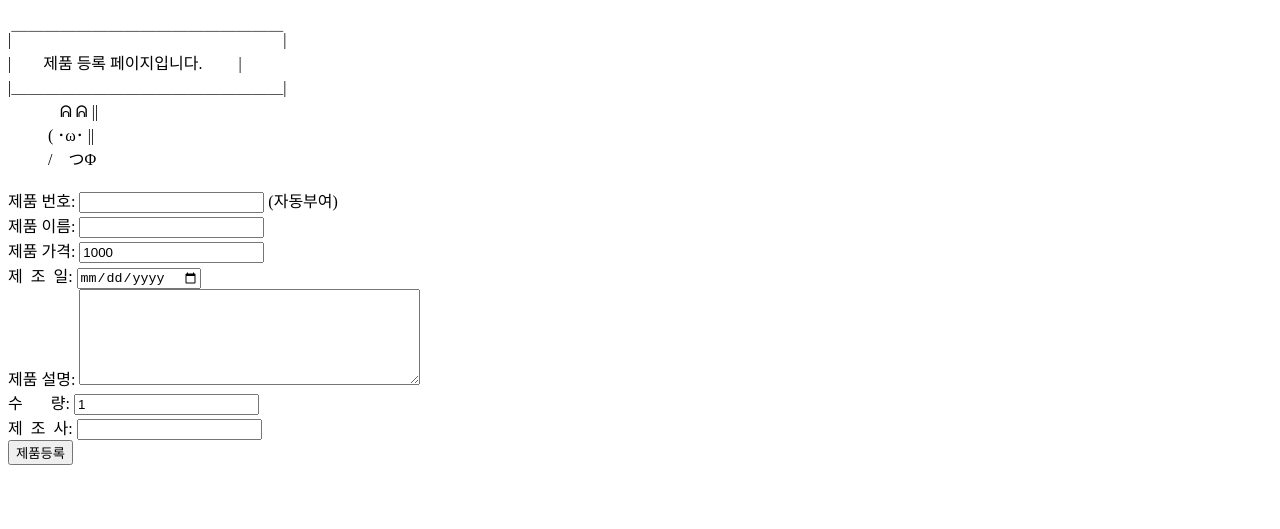
Repository: Ileok/kosa
Page: http://localhost/thymeleaf/goods/goodsForm
The author's editor kept a copy of each file at every save. The page is drawn from the files as they stood at one save, then again after the next save.
The browser window is 1280 px wide. The pictures show the whole page.
The page is this project's Thymeleaf template; nobody is signed in. The template is opened directly, without the code that normally fills it, so the values that code supplies are empty.

Above is the page before, as saved 2022-01-24 06:19:17.

### springBootTest2/src/main/resources/templates/thymeleaf/goods/goodsForm.html
<!DOCTYPE html>
<html>
<head>
<meta charset="UTF-8">
<title>Insert title here</title>
</head>
<body>
 <br/>
|￣￣￣￣￣￣￣￣￣￣￣￣￣￣￣￣￣| <br/>
|&nbsp;&nbsp;&nbsp;&nbsp;&nbsp;&nbsp;&nbsp;&nbsp;제품 등록 페이지입니다.&nbsp;&nbsp;&nbsp;&nbsp;&nbsp;&nbsp;&nbsp;&nbsp;&nbsp;|<br/>
|＿＿＿＿＿＿＿＿＿＿＿＿＿＿＿＿＿| <br/>
　&nbsp;&nbsp;&nbsp;&nbsp;　        ᕱ ᕱ  ||<br/>
　&nbsp;&nbsp;&nbsp;&nbsp;&nbsp;&nbsp;( ･ω･ ||<br/>
 &nbsp;&nbsp;&nbsp;&nbsp; 　         /　つΦ<br/>
<form action="goodsRegist" method="post" name="frm" id="frm">
<input type="hidden" name="empNum" th:value="${empNum}" /><br />
	제품 번호: <input type="text" name="goodsNum" readonly = "readonly" th:value="${goodsNum}"/> (자동부여) <br/>
   제품 이름: <input type="text" name="goodsName"/><br/>
   제품 가격: <input type="number" name="goodsPrice" min=1000 value="1000"/><br/>
   제&nbsp;&nbsp;조&nbsp;&nbsp;일: <input type="date" name="goodsDate"/><br/>
   제품 설명: <textarea rows="6" cols="40" name="goodsContent"></textarea><br/>
   수&nbsp;&nbsp;&nbsp;&nbsp;&nbsp;&nbsp;&nbsp;량: <input type="number" min=1 value="1" name="goodsQty"><br/>
   제&nbsp;&nbsp;조&nbsp;&nbsp;사: <input type="text" name="goodsCompany"/><br/>
   <input type="submit" value="제품등록"/>
</form>
</body>
</html>

After the next save:
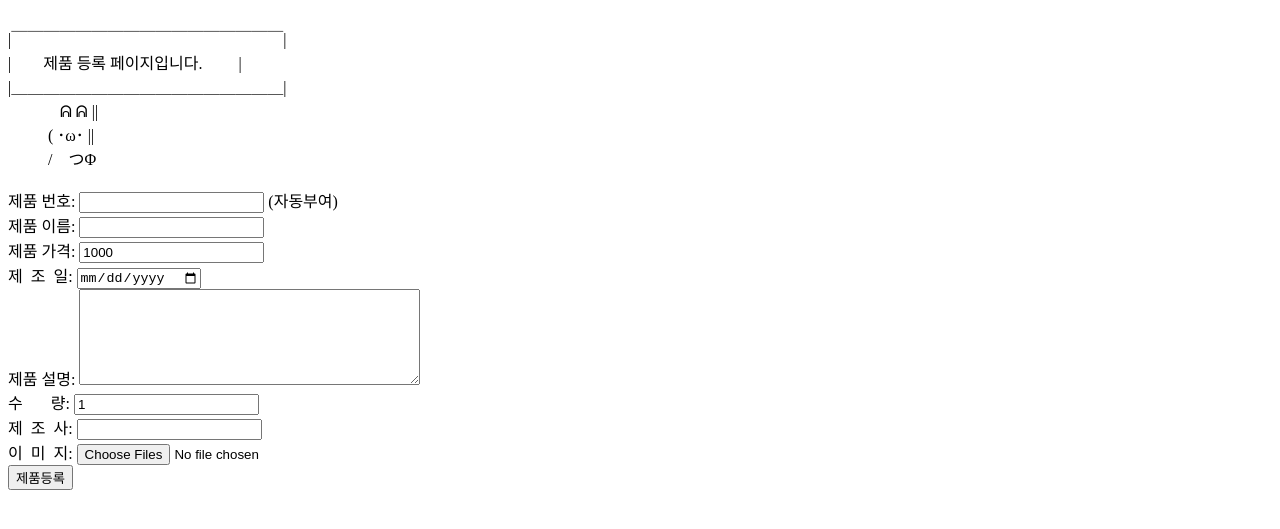
Saved 77 s later.
--- a/springBootTest2/src/main/resources/templates/thymeleaf/goods/goodsForm.html
+++ b/springBootTest2/src/main/resources/templates/thymeleaf/goods/goodsForm.html
@@ -21,6 +21,7 @@
    제품 설명: <textarea rows="6" cols="40" name="goodsContent"></textarea><br/>
    수&nbsp;&nbsp;&nbsp;&nbsp;&nbsp;&nbsp;&nbsp;량: <input type="number" min=1 value="1" name="goodsQty"><br/>
    제&nbsp;&nbsp;조&nbsp;&nbsp;사: <input type="text" name="goodsCompany"/><br/>
+   이&nbsp;&nbsp;미&nbsp;&nbsp;지: <input type="file" name="goodsImage" multiple="multiple" /><br/>
    <input type="submit" value="제품등록"/>
 </form>
 </body>
